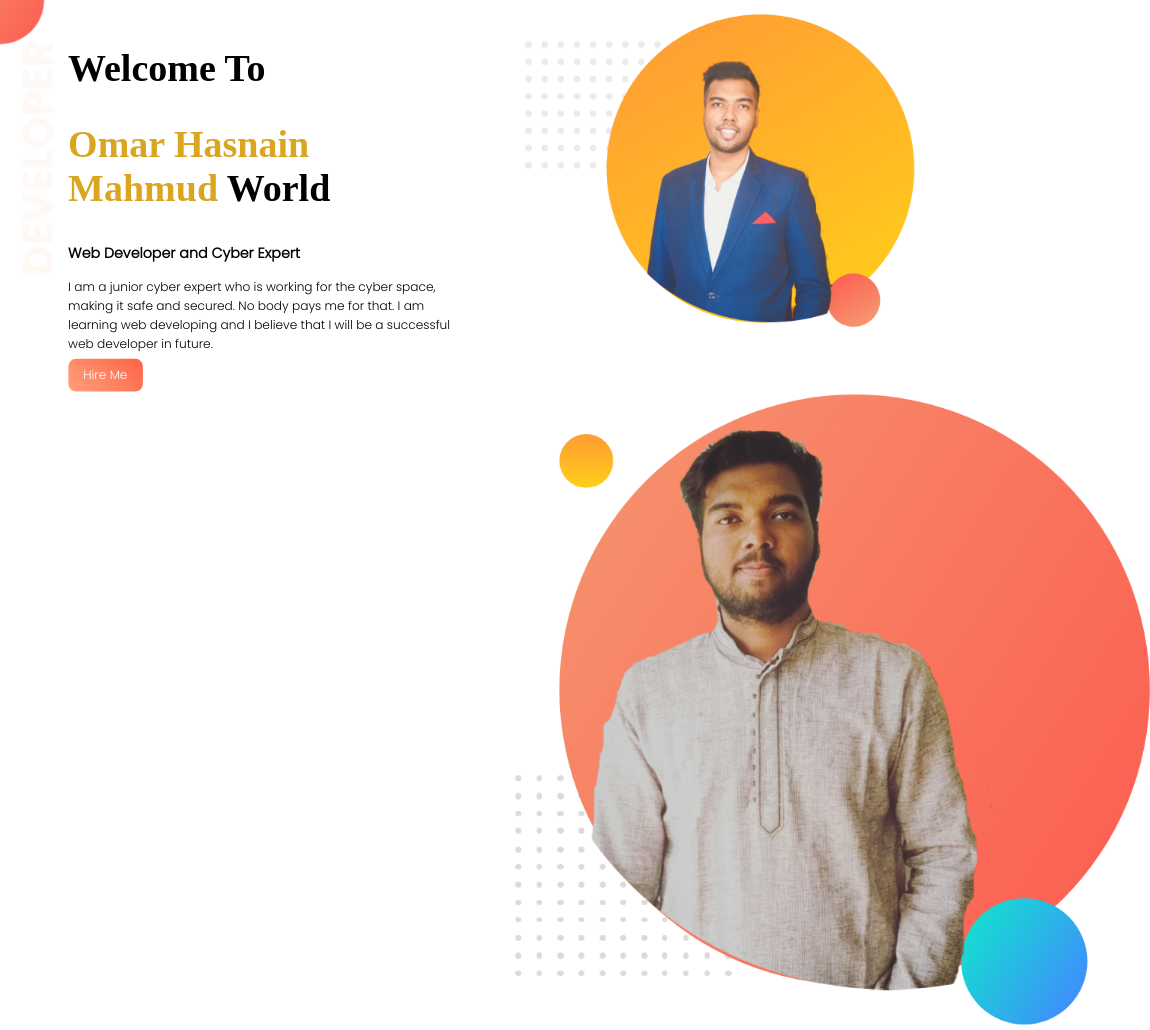
Repository: omarhasnain/web-portfolio
Page: index.html
The author's editor kept a copy of each file at every save. The page is drawn from the files as they stood at one save, then again after the next save.
The browser window is 1280 px wide. The page is 1513 px wide, then 1280 px, so the pictures cover 1513 px, including what lies to the right of the window. The pictures show the whole page, at 76% of full size.
Some web fonts or font styles are not loaded; a fallback is used.

Above is the page before, as saved 2021-01-05 23:07:30.

After the next save:
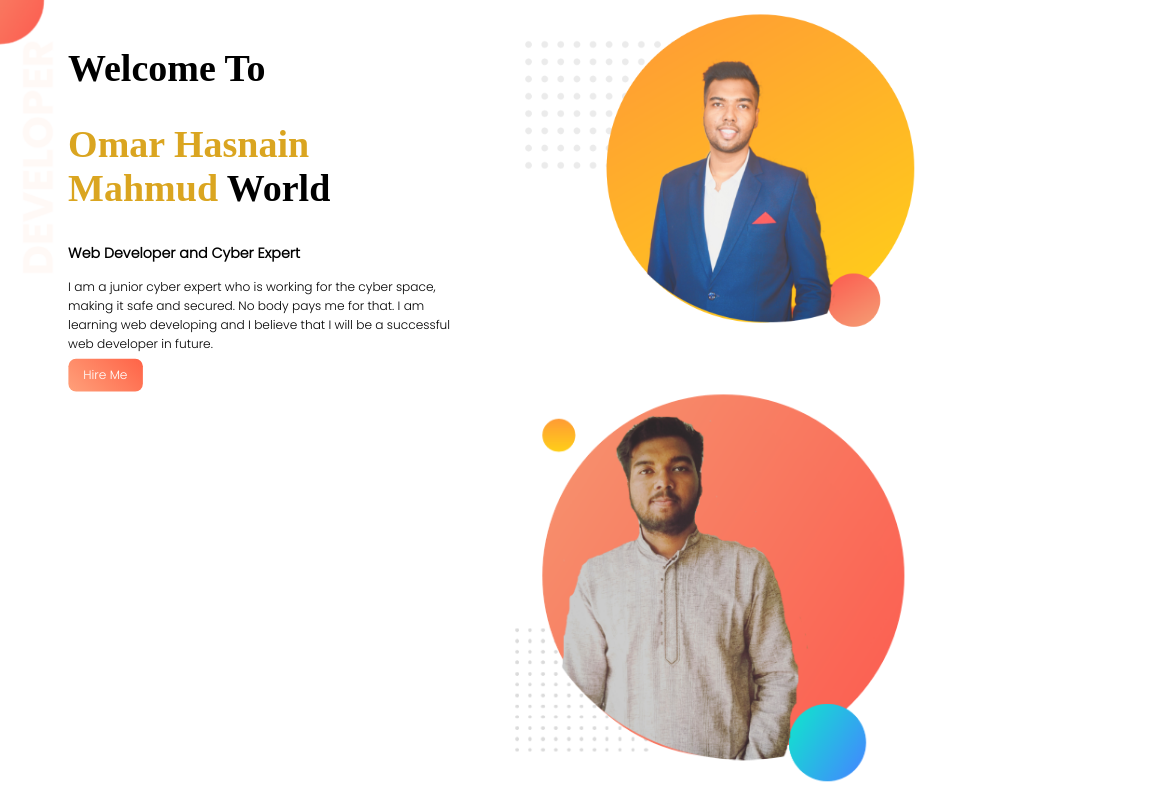
Saved 25 s later.
--- a/web portfolio style.css
+++ b/web portfolio style.css
@@ -47,3 +47,6 @@
     padding-top: 1.5%;
 
 }
+.again-half-width img{
+    width: 100%;
+}
